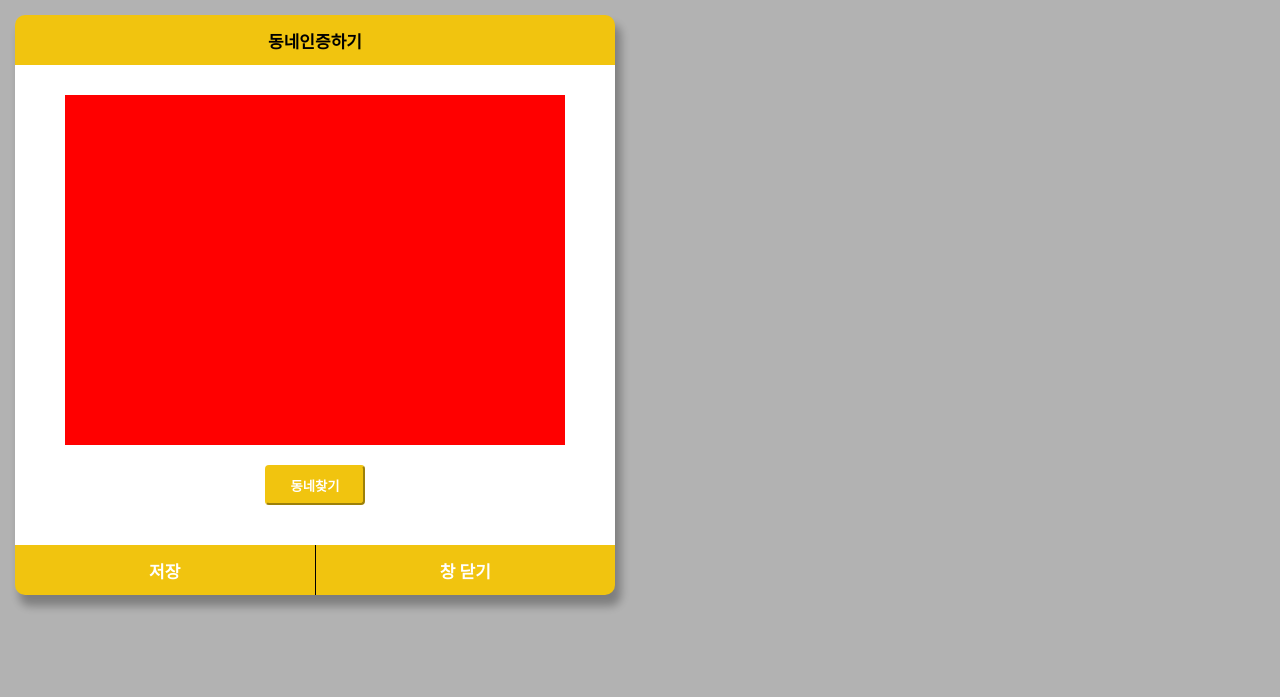
Repository: Corn-Market/Front-end
Page: http://localhost/CornMarket/resources/views/popup_profile_update.jsp
The author's editor kept a copy of each file at every save. The page is drawn from the files as they stood at one save, then again after the next save.
The browser window is 1280 px wide. The pictures show the whole page.
The page is served by Tomcat 9. Other server files are loaded and not shown.

Above is the page before, as saved 2022-12-19 06:00:30.

### CornMarket/src/main/webapp/resources/views/popup_profile_update.jsp
<%@ page language="java" contentType="text/html; charset=UTF-8"
    pageEncoding="UTF-8"%>
<%@ taglib uri="http://java.sun.com/jsp/jstl/core" prefix="c" %>
<c:set var="path" value="${pageContext.request.contextPath}"/>
<!DOCTYPE html>
<html>
<head>
<meta charset="EUC-KR">
<title>Insert title here</title>
<link rel="stylesheet" href="${path}/resources/css/popup_mytown.css"/>
<script src="https://ajax.googleapis.com/ajax/libs/jquery/3.5.1/jquery.min.js"></script><script src="https://ajax.googleapis.com/ajax/libs/jquery/3.5.1/jquery.min.js"></script>
</head>
<body>
	<div class="container">
        <div class="popup-wrap" id="popup">
          <div class="popup">
            <div class="popup-head">
                <span class="head-title">동네인증하기</span>
            </div>
            <div class="popup-body">
              <div class="body-content">
                <div class="body-titlebox">
                </div>
                <div class="body-contentbox">
                  <input type="button" class="search_btn" value="동네찾기">
                </div>
              </div>
            </div>
            <div class="popup-foot">
              <span class="pop-btn confirm" id="confirm" onclick="">저장</span>
              <span class="pop-btn close" id="close" onclick="">창 닫기</span>
            </div>
          </div>
         </div>
    </div>
</body>
</html>

### CornMarket/src/main/webapp/resources/css/popup_mytown.css
.popup-wrap{
    background-color:rgba(0,0,0,.3);
    justify-content:center;
    align-items:center;
    position:fixed;
    top:0;
    left:0;
    right:0;
    bottom:0;
    padding:15px;

  }

  .popup{
    width:1000px;
    max-width:600px;
    border-radius:10px;
    overflow:hidden;
    background-color:rgb(241, 196, 15);
    font-size: 17px;
    font-weight: bold;
    box-shadow: 5px 10px 10px 1px rgba(0,0,0,.3);
  }

  .popup-head{
    width:100%;
    height:50px;
    display:flex;
    align-items:center;
    justify-content:center;
  }

  .popup-body{
    background-color:#ffffff;
  }
  .body-content{
    padding:20px;
  }
  .body-titlebox{
    text-align:center;
    width:500px;
    height:350px;
    background-color:red;
    margin:10px auto;
  }
  .body-contentbox{

    margin:10px auto;
  }

  .popup-foot{
    width:100%;
    height:50px;
    display: flex;
  }

  .pop-btn{
    display:inline-flex;
    width:50%;
    height:100%;
    justify-content:center;
    align-items:center;
    float:left;
    color:rgb(255, 255, 255);
    cursor:pointer;
  }
  .pop-btn.confirm{
    border-right:1px solid black;
  }

  .search_btn{
  	 width:100px;
      height:40px;
      border-radius: 4px;
      border-color: rgb(241, 196, 15);
      background-color: rgb(241, 196, 15);
      color: rgb(255, 255, 255);
      font-weight: bold;
      display: block;
      margin:20px auto;
  }

  .body_contentbox h3{
  		text-align:center;
  }

After the next save:
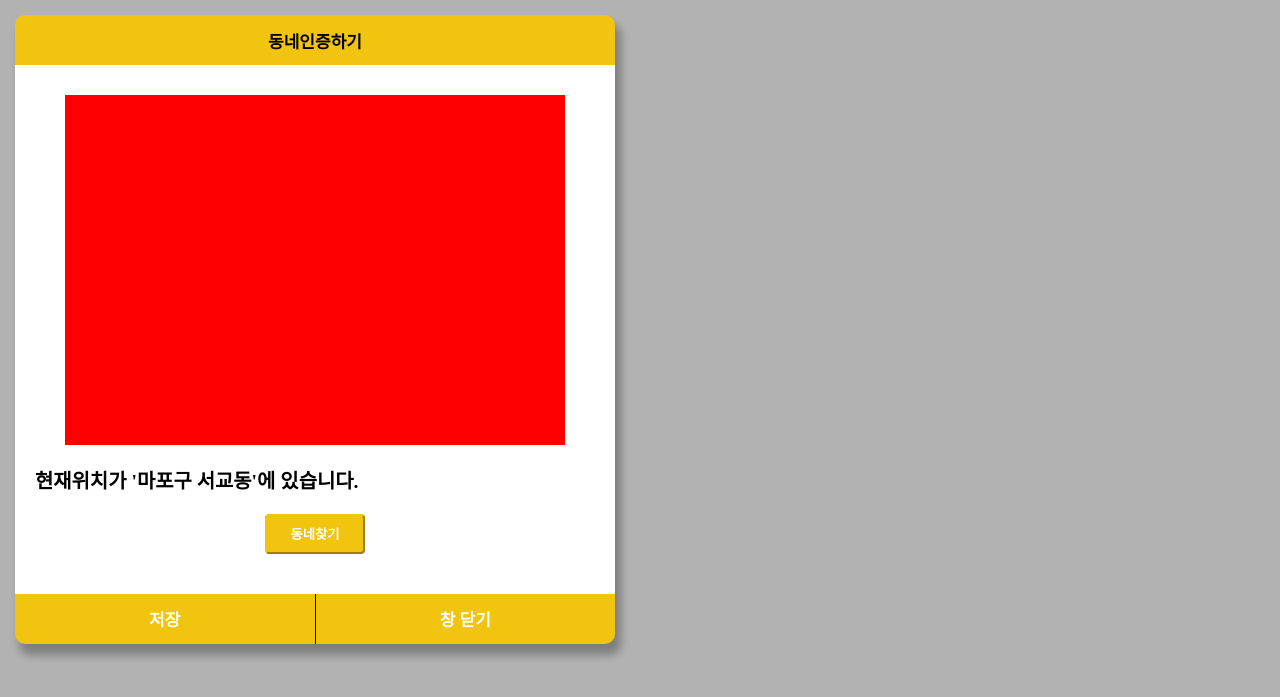
Saved 3 s later.
--- a/CornMarket/src/main/webapp/resources/views/popup_profile_update.jsp
+++ b/CornMarket/src/main/webapp/resources/views/popup_profile_update.jsp
@@ -22,7 +22,8 @@
                 <div class="body-titlebox">
                 </div>
                 <div class="body-contentbox">
-                  <input type="button" class="search_btn" value="동네찾기">
+                	<h3>현재위치가 '마포구 서교동'에 있습니다.</h3>
+                  	<input type="button" class="search_btn" value="동네찾기">
                 </div>
               </div>
             </div>
